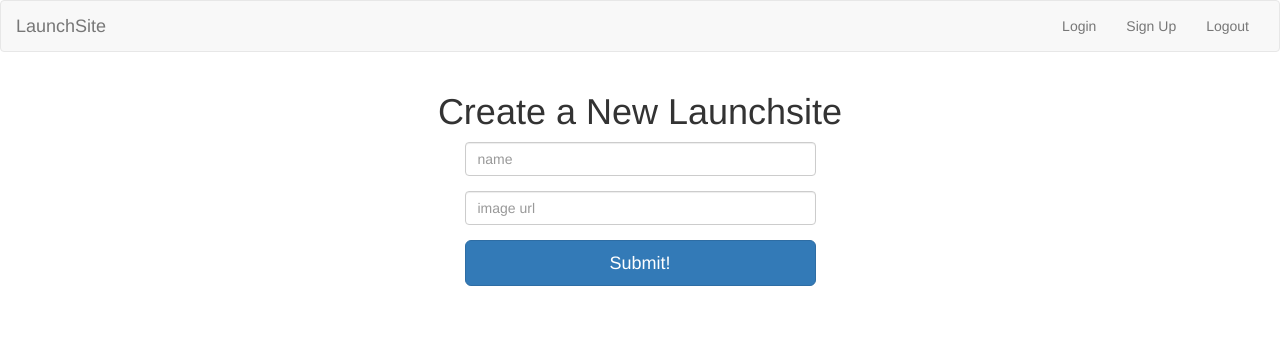
Repository: Oscar6/Udemy-workspace
Page: http://localhost/launchsite/new
The author's editor kept a record of every edit. The page is drawn from the files as they stood at one moment, then again after the next edit.
The browser window is 1280 px wide. The pictures show the whole page.
The page is served by the project's Node server (YelpCamp/v1/app.js).

Above is the page before.

### YelpCamp/v1/views/new.ejs
<% include partials/header %>
<div class="container">
    <div class="row">
        <h1 style="text-align: center;">Create a New Launchsite</h1>
        <div style="width: 30%; margin: 0 auto;"
            <form action="/launchsite" method="POST">
                <div class="form-group">
                    <input class="form-control" type="text" name="name" placeholder="name">
                </div>
                <div class="form-group">
                    <input class="form-control" type="text" name="image" placeholder="image url">
                </div>
                <div class="form-group">
                    <button class="btn btn-lg btn-primary btn-block">Submit!</button>
                </div>
            </form>
        </div>


    </div>
</div>
<% include partials/footer %>

### YelpCamp/v1/views/partials/header.ejs
<!DOCTYPE html>
<html>
    <head>
        <title>YelpCamp</title>
        <link rel="stylesheet" href="https://maxcdn.bootstrapcdn.com/bootstrap/3.3.5/css/bootstrap.min.css">
    </head>
    <body>
       <nav class="navbar navbar-default">
          <div class="container-fluid">
             <div class="navbar-header">
                <a class="navbar-brand" href="/">LaunchSite</a>
             </div>
             <div class="collapse navbar-collapse">
                <ul class="nav navbar-nav navbar-right">
                   <li><a href="/">Login</a></li>
                   <li><a href="/">Sign Up</a></li>
                   <li><a href="/">Logout</a></li>
                </ul>
             </div>
          </div>
       </nav>

### YelpCamp/v1/app.js
var express = require("express");
var app = express();
var bodyParser = require("body-parser");

app.use(bodyParser.urlencoded({extended: true}));
app.set("view engine", "ejs");

var launchsite = [
        {name: "NASA", image: "https://www.nasa.gov/sites/all/themes/custom/nasatwo/images/nasa-logo.svg"},
        {name: "SpaceX", image: "https://botw-pd.s3.amazonaws.com/styles/logo-thumbnail/s3/042015/spacerx-logo_0.png?itok=SshEXNNF"},
        {name: "Tesla", image: "https://electrek.files.wordpress.com/2016/06/tesla-model-x-promo-shot-3-2.jpg?quality=82&strip=all&w=290&h=145&crop=1"},
    ];

app.get("/", function(req, res){
    res.render("landing");
});

app.get("/launchsite", function(req, res){
    res.render("launchsite", {launchsite: launchsite});
});

app.post("/launchsite", function(req, res){
    // get data from form and add to launchsite array
    var name = req.body.name;
    var image = req.body.image;
    var newLaunchsite = {name: name, image: image}
    launchsite.push(newLaunchsite);
    // redirect back to launchsite page
    res.redirect("/launchsite");
});

app.get("/launchsite/new", function(req,res){
    res.render("new.ejs");
});

app.listen(process.env.PORT, process.env.IP, function(){
    console.log("YelpCamp is running");
});

Loaded but not shown: YelpCamp/v1/views/partials/footer.ejs (common file)

After the next edit:
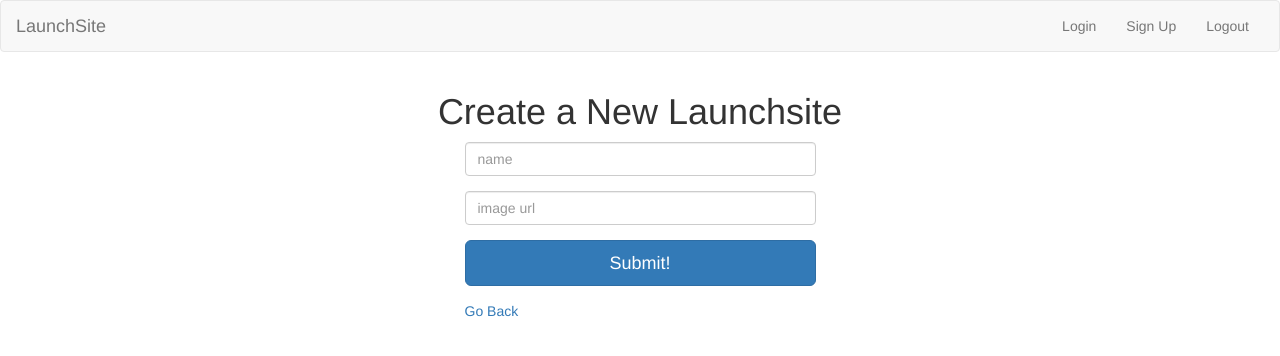
The edit:
--- a/YelpCamp/v1/views/new.ejs
+++ b/YelpCamp/v1/views/new.ejs
@@ -14,6 +14,8 @@
                     <button class="btn btn-lg btn-primary btn-block">Submit!</button>
                 </div>
             </form>
+            <a href="/launchsite">Go Back</a>
+
         </div>
 
 
